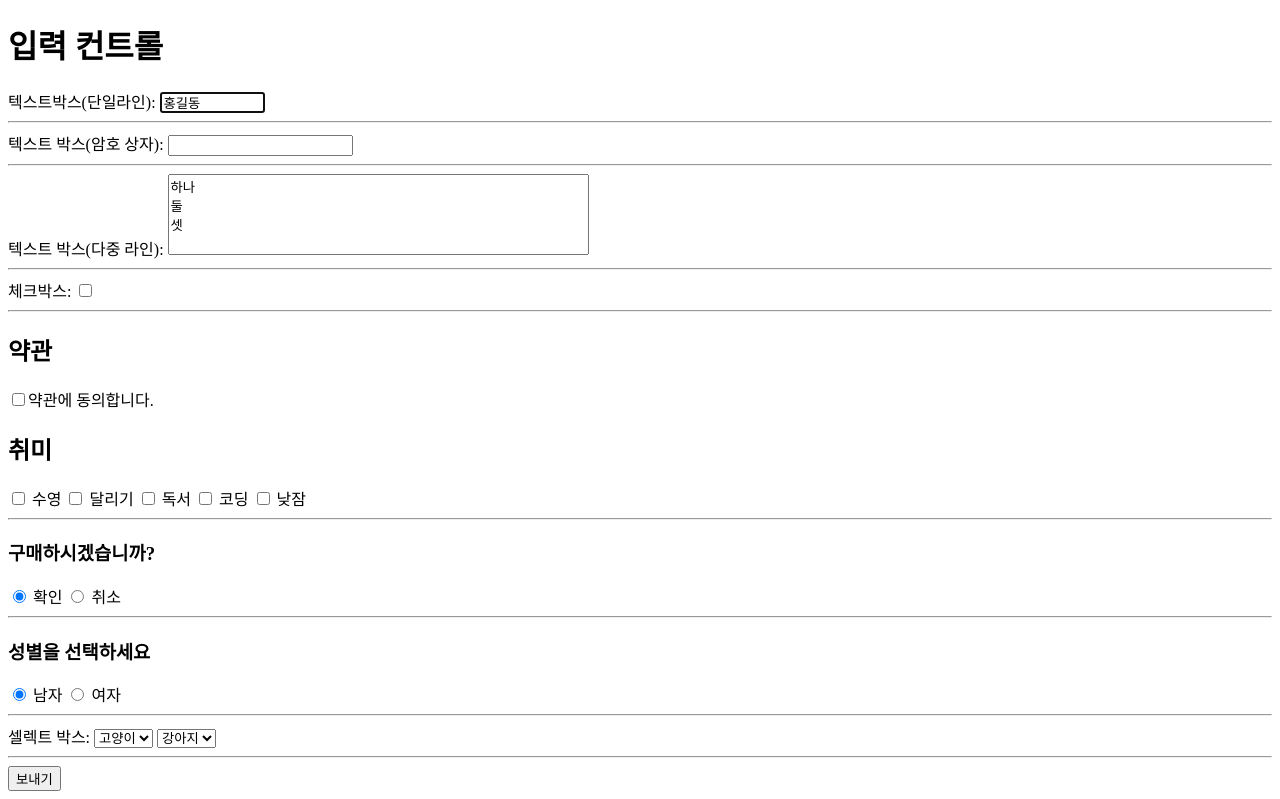
Repository: zzzzzzin/Client
Page: ClientTest/src/main/webapp/html/ex19_form.html
These files come from the project's save history. The page is drawn as it stood at one moment and after the next save; the edit follows.
The browser window is 1280 px wide. The pictures show the whole page.

Above is the page before, as saved 2024-03-14 01:45:50.

After the next save:
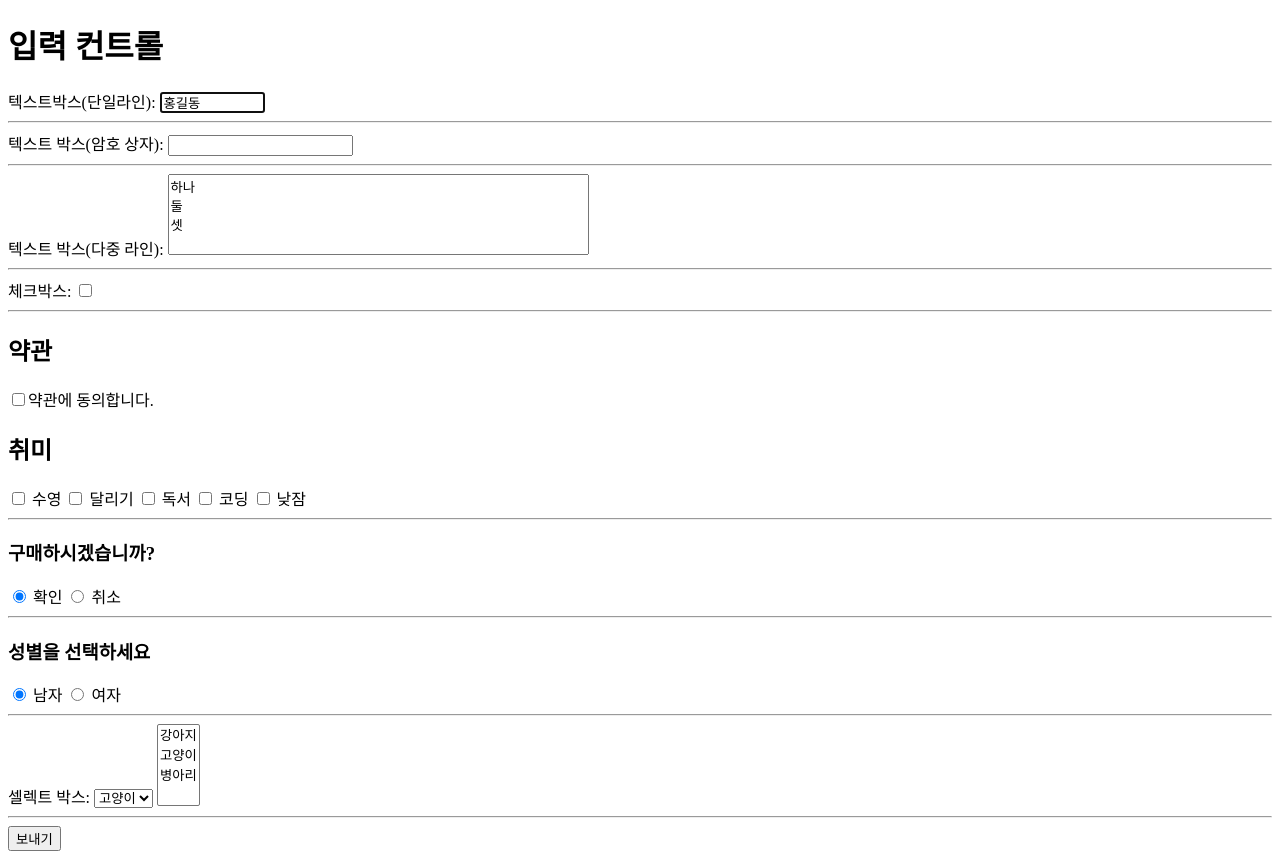
Saved 8 s later.
--- a/ClientTest/src/main/webapp/html/ex19_form.html
+++ b/ClientTest/src/main/webapp/html/ex19_form.html
@@ -113,7 +113,7 @@
 			<option>병아리</option>
 		</select>
 
-		<select>
+		<select multiple>
 			<option>강아지</option>
 			<option>고양이</option>
 			<option>병아리</option>
